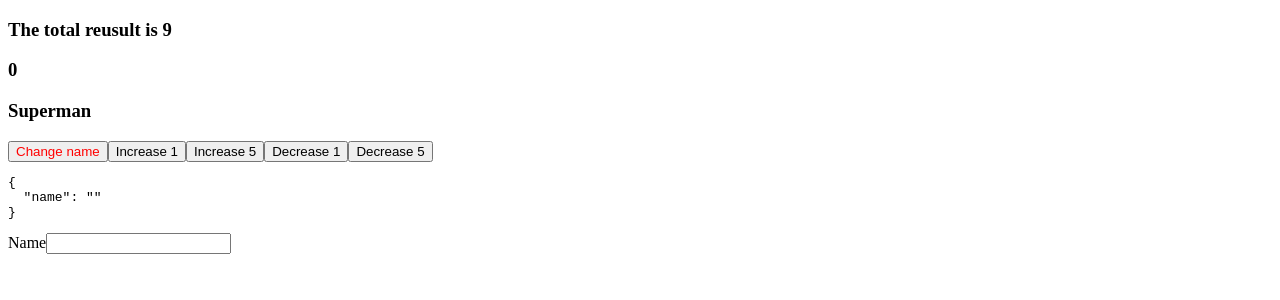
Repository: KZH2001/Vue_Practice
Page: / (app in Tutorial/)
An editor plug-in stored every save of this project. The page is shown before and after the next save, followed by the edit.
The browser window is 1280 px wide. The pictures show the whole page.
The project was rebuilt for these pictures with package versions that can differ from the ones it lists, and the page was loaded fresh each time. Also part of the build but not shown: Tutorial/vite.config.js.

Above is the page before, as saved 2026-01-19 22:31:25.

### Tutorial/src/App.vue


  <template>
  <h3>The total reusult is {{ add(2,3,4) }}</h3>
  <h3>{{ number  }}</h3>

  <h3>{{ name }}</h3>
  <button  v-bind:style="{color:color}" v-on:click="name = 'Batman'">Change name</button>
  <button @click="increaseNumber(1)">Increase 1</button>
  <button @click="increaseNumber(5)">Increase 5</button>
  <button @click="decreaseNumber(1)">Decrease 1</button>
  <button @click="decreaseNumber(5)">Decrease 5</button>

  <pre>{{ JSON.stringify(formValues, null, 2) }}</pre>


  <form action="">
    <label for="name">Name</label>
    <input v-model="formValues.name" id="name" type="text">
  </form>
  </template>

  <style scoped>

  </style>

  <script >
    export default{


      data(){
        return{
          name: 'Superman',
          color: 'red',
          number: 0,
          formValues: {
            name: ''
          }
        }
      },
      methods: {
      add(a,b,c){
        return a+b+c
      },

      increaseNumber(num){
        this.number += num
      },

      decreaseNumber(num){
        this.number -= num
      }

    }

  }

  </script>

Loaded but not shown: Tutorial/index.html (common file); Tutorial/src/main.js (common file)

After the next save:
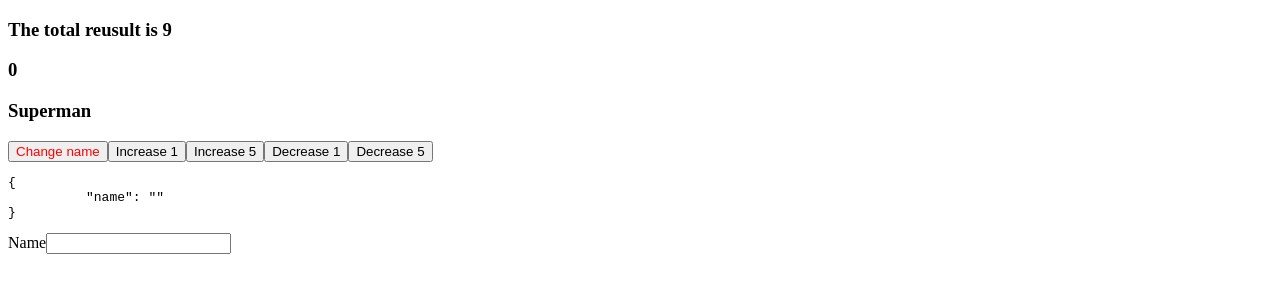
Saved 8 s later.
--- a/Tutorial/src/App.vue
+++ b/Tutorial/src/App.vue
@@ -11,7 +11,7 @@
   <button @click="decreaseNumber(1)">Decrease 1</button>
   <button @click="decreaseNumber(5)">Decrease 5</button>
 
-  <pre>{{ JSON.stringify(formValues, null, 2) }}</pre>
+  <pre>{{ JSON.stringify(formValues, null, 22) }}</pre>
 
 
   <form action="">
